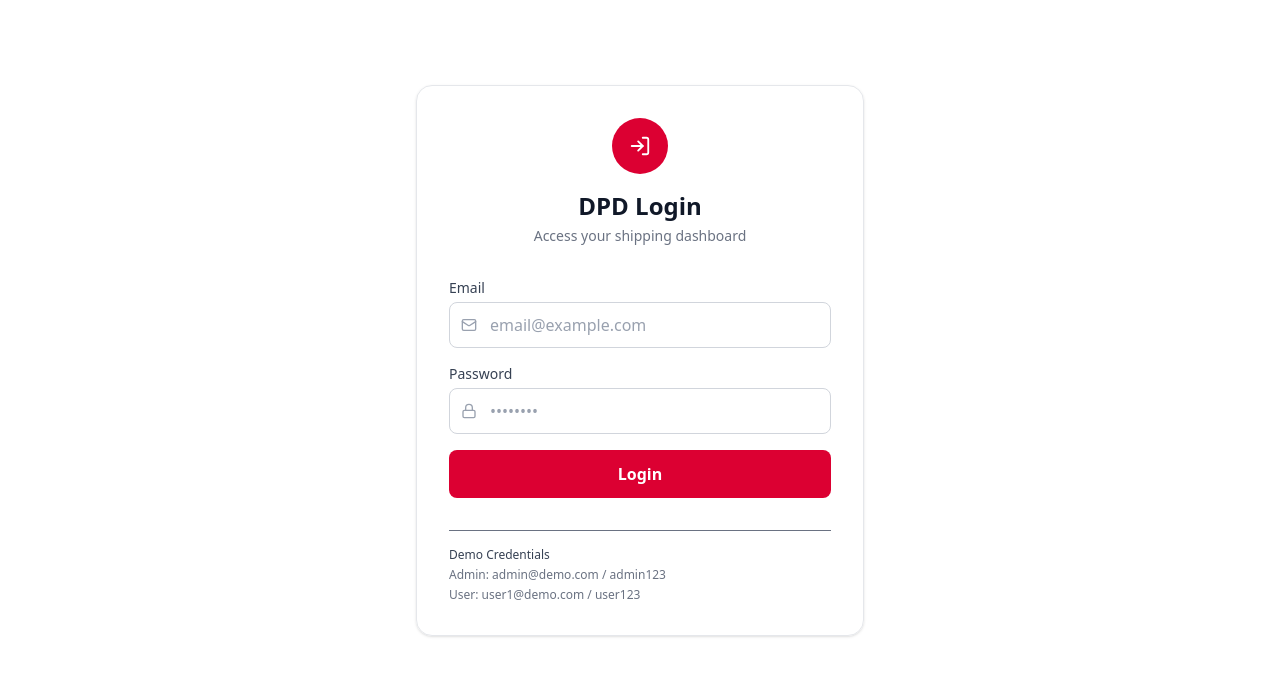
Repository: Prathamesh0008/dpd
Page: /
An editor plug-in stored every save of this project. The page is shown before and after the next save, followed by the edit.
The browser window is 1280 px wide. The pictures show the whole page.
The project was rebuilt for these pictures with package versions that can differ from the ones it lists, and the page was loaded fresh each time. The framework's server and built-in components were replaced by stand-ins that run in the browser. Also part of the build but not shown: next.config.mjs.

Above is the page before, as saved 2026-02-01 13:23:01.

After the next save:
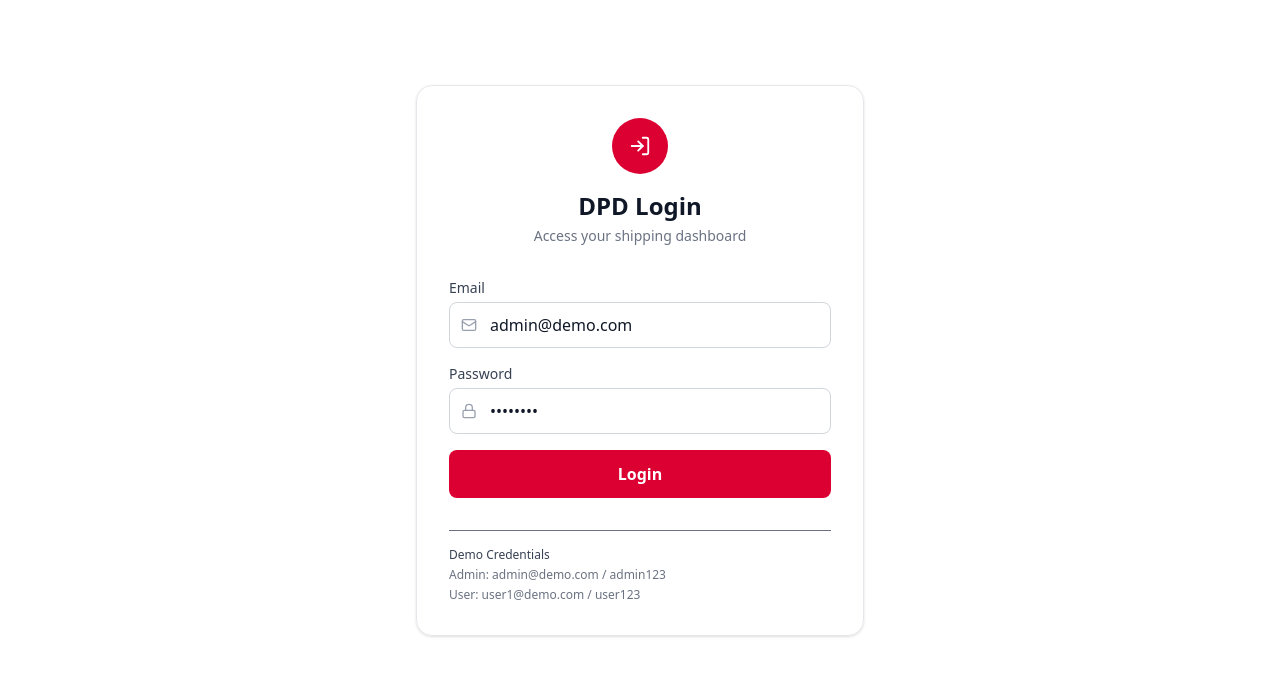
Saved 2 min 34 s later.
--- a/app/page.js
+++ b/app/page.js
@@ -2,48 +2,50 @@
 
 import { useState } from "react";
 import { useRouter } from "next/navigation";
-import { Lock, Mail, LogIn, Database } from "lucide-react";
+import { Lock, Mail, LogIn } from "lucide-react";
 
 const DPD_RED = "#DC0032";
 
 export default function LoginPage() {
   const router = useRouter();
+
   const [email, setEmail] = useState("admin@demo.com");
   const [password, setPassword] = useState("admin123");
   const [loading, setLoading] = useState(false);
   const [msg, setMsg] = useState("");
-
-  async function seed() {
-    setMsg("Seeding default users...");
-    const r = await fetch("/api/auth/seed", { method: "POST" });
-    const j = await r.json().catch(() => ({}));
-    setMsg(j.message || "Seed completed");
-  }
 
   async function login(e) {
     e.preventDefault();
     setLoading(true);
     setMsg("");
 
-    const r = await fetch("/api/auth/login", {
-      method: "POST",
-      headers: { "Content-Type": "application/json" },
-      body: JSON.stringify({ email, password }),
-    });
+    try {
+      const r = await fetch("/api/auth/login", {
+        method: "POST",
+        headers: { "Content-Type": "application/json" },
+        body: JSON.stringify({ email, password }),
+      });
 
-    const j = await r.json().catch(() => ({}));
-    setLoading(false);
+      const j = await r.json().catch(() => ({}));
 
-    if (!j.ok) {
-      setMsg(j.message || "Login failed");
-      return;
+      if (!j.ok) {
+        setMsg(j.message || "Login failed");
+        setLoading(false);
+        return;
+      }
+
+      // ✅ Save auth
+      localStorage.setItem("token", j.token);
+      localStorage.setItem("user", JSON.stringify(j.user));
+
+      // ✅ Role-based redirect
+      if (j.user.role === "admin") router.push("/admin");
+      else router.push("/dashboard");
+    } catch {
+      setMsg("Network error. Try again.");
+    } finally {
+      setLoading(false);
     }
-
-    localStorage.setItem("token", j.token);
-    localStorage.setItem("user", JSON.stringify(j.user));
-
-    if (j.user.role === "admin") router.push("/admin");
-    else router.push("/dashboard");
   }
 
   return (
@@ -63,57 +65,62 @@
           </p>
         </div>
 
-        {/* Seed */}
-        {/* <button
-          onClick={seed}
-          className="w-full mb-6 flex items-center justify-center gap-2 border border-gray-300 rounded-lg py-2.5 text-sm font-medium hover:bg-gray-50"
-        >
-          <Database size={16} />
-          Seed Default Users
-        </button> */}
-
         {/* Form */}
         <form onSubmit={login} className="space-y-4">
+          {/* Email */}
           <div>
             <label className="text-sm font-medium text-gray-700 block mb-1">
               Email
             </label>
             <div className="relative">
-              <Mail className="absolute left-3 top-1/2 -translate-y-1/2 text-gray-400" size={16} />
+              <Mail
+                className="absolute left-3 top-1/2 -translate-y-1/2 text-gray-400"
+                size={16}
+              />
               <input
-  className="w-full pl-10 pr-3 py-2.5
-             border border-gray-300 rounded-lg
-             text-gray-900 placeholder-gray-400
-             bg-white
-             focus:outline-none focus:border-red-500"
-  placeholder="email@example.com"
-/>
-
+                type="email"
+                value={email}
+                onChange={(e) => setEmail(e.target.value)}
+                autoComplete="email"
+                placeholder="email@example.com"
+                className="w-full pl-10 pr-3 py-2.5
+                           border border-gray-300 rounded-lg
+                           bg-white text-gray-900 placeholder-gray-400
+                           focus:outline-none focus:border-red-500"
+              />
             </div>
           </div>
 
+          {/* Password */}
           <div>
             <label className="text-sm font-medium text-gray-700 block mb-1">
               Password
             </label>
             <div className="relative">
-              <Lock className="absolute left-3 top-1/2 -translate-y-1/2 text-gray-400" size={16} />
+              <Lock
+                className="absolute left-3 top-1/2 -translate-y-1/2 text-gray-400"
+                size={16}
+              />
               <input
-  type="password"
-  className="w-full pl-10 pr-3 py-2.5
-             border border-gray-300 rounded-lg
-             text-gray-900 placeholder-gray-400
-             bg-white
-             focus:outline-none focus:border-red-500"
-  placeholder="••••••••"
-/>
-
+                type="password"
+                value={password}
+                onChange={(e) => setPassword(e.target.value)}
+                autoComplete="current-password"
+                placeholder="••••••••"
+                className="w-full pl-10 pr-3 py-2.5
+                           border border-gray-300 rounded-lg
+                           bg-white text-gray-900 placeholder-gray-400
+                           focus:outline-none focus:border-red-500"
+              />
             </div>
           </div>
 
+          {/* Button */}
           <button
+            type="submit"
             disabled={loading}
-            className="w-full py-3 text-white font-semibold rounded-lg flex items-center justify-center gap-2 disabled:opacity-50"
+            className="w-full py-3 rounded-lg text-white font-semibold
+                       disabled:opacity-50 transition"
             style={{ backgroundColor: DPD_RED }}
           >
             {loading ? "Logging in…" : "Login"}
@@ -125,7 +132,7 @@
           <div className="mt-4 text-sm text-red-600 text-center">{msg}</div>
         )}
 
-        {/* Demo Info */}
+        {/* Demo */}
         <div className="mt-8 border-t pt-4 text-xs text-gray-500 space-y-1">
           <div className="font-medium text-gray-700">Demo Credentials</div>
           <div>Admin: admin@demo.com / admin123</div>
